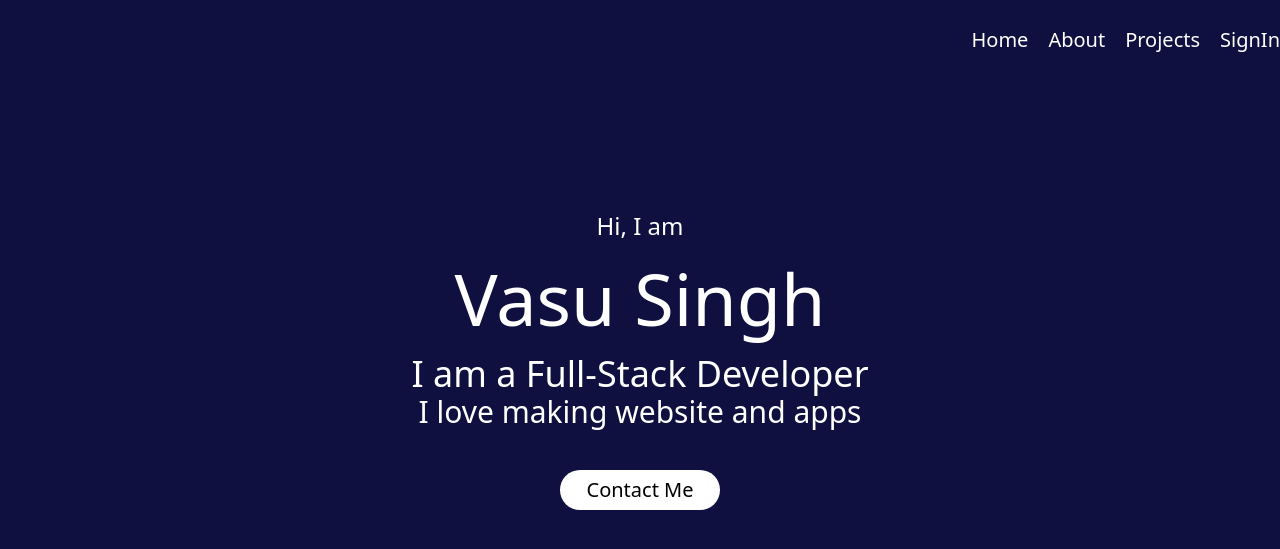
Repository: vasucp1207/vasuDev
Page: /
An editor plug-in stored every save of this project. The page is shown before and after a run of saves, followed by the edit.
The browser window is 1280 px wide. The pictures show the whole page.
The project was rebuilt for these pictures with package versions that can differ from the ones it lists, and the page was loaded fresh each time. The framework's server and built-in components were replaced by stand-ins that run in the browser. Also part of the build but not shown: next.config.js.

Above is the page before, as saved 2022-07-17 23:21:27.

After the next 2 saves:
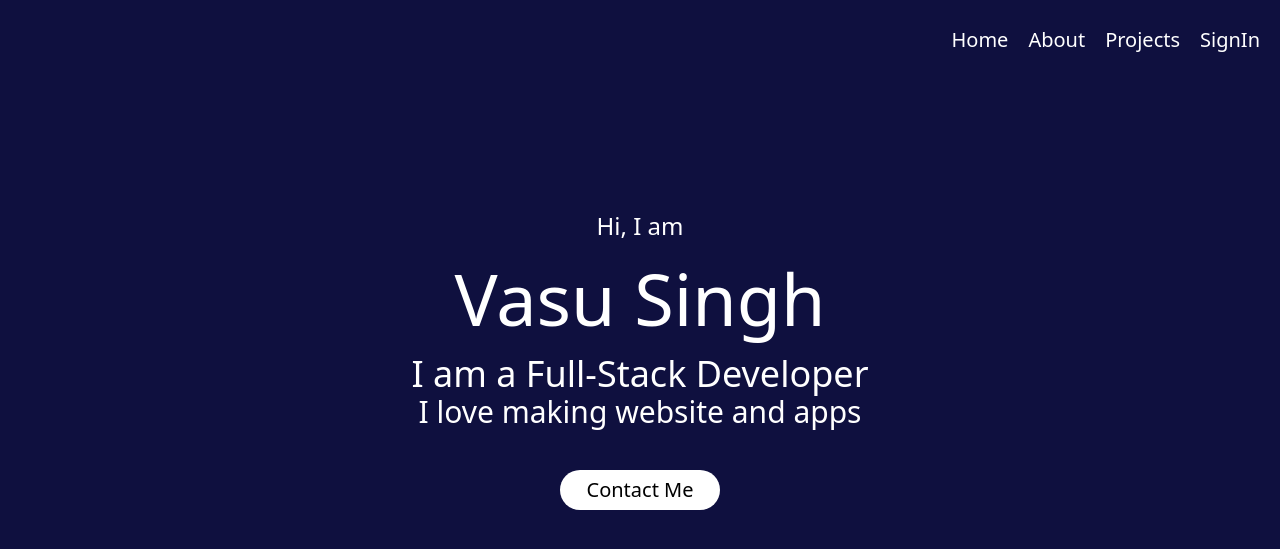
The 2 saves are shown as one change because they came seconds apart.
The last was saved 8 s later.
--- a/pages/Navbar.tsx
+++ b/pages/Navbar.tsx
@@ -3,7 +3,7 @@ import React from 'react'
 function Navbar() {
   return (
     <div className='h-20 w-screen absolute bg-transparent flex justify-end items-center'>
-        <div className='flex space-x-5 text-xl font-normal'>
+        <div className='flex space-x-5 text-xl font-normal mr-5'>
             <p>Home</p>
             <p>About</p>
             <p>Projects</p>
